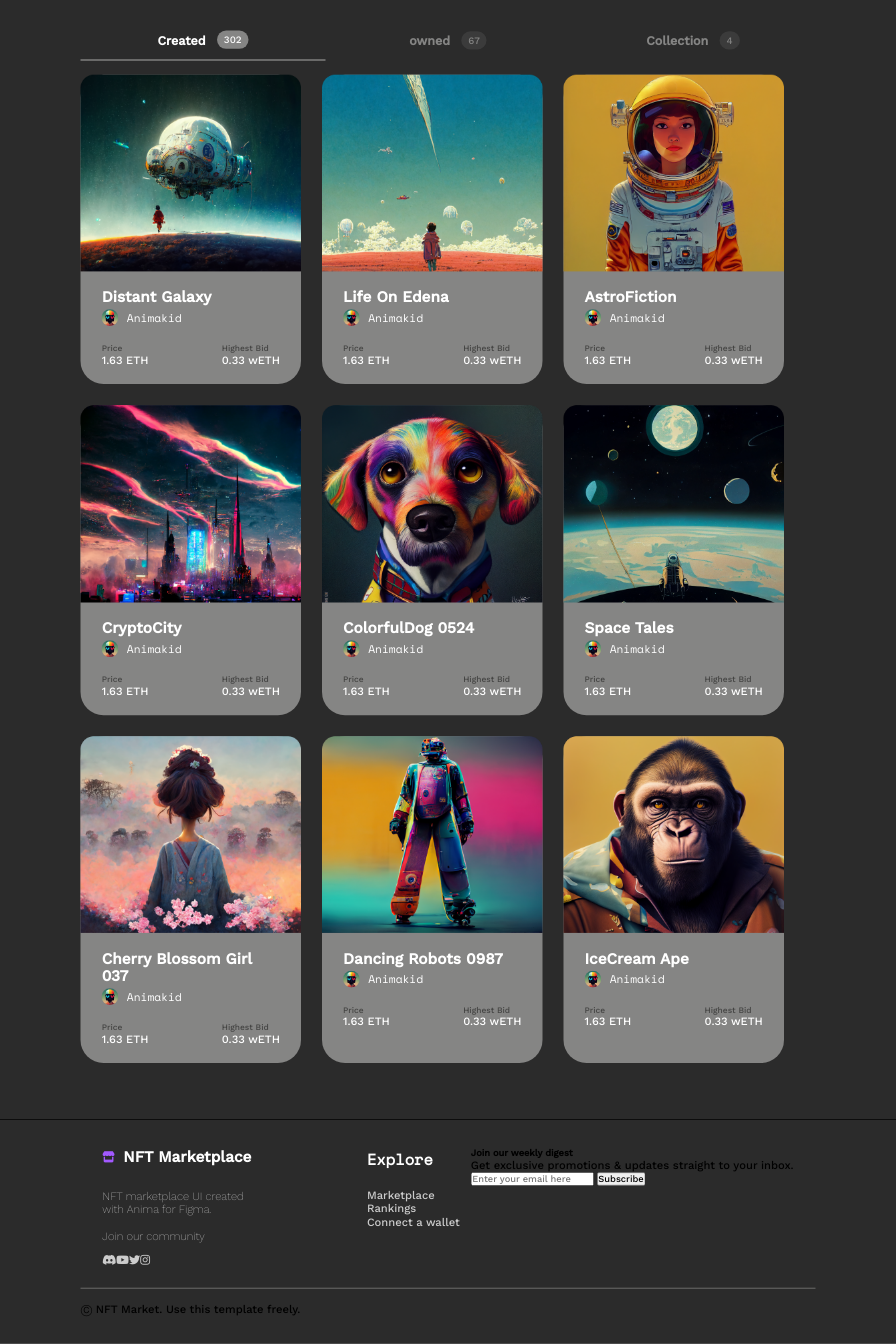
Repository: levananh202ht/NFT_Marketplace
Page: index.html
The author's editor kept a copy of each file at every save. The page is drawn from the files as they stood at one save, then again after the next save.
The browser window is 1280 px wide. The pictures show the part of the page from y = 844 to 2764 px (the page is 2764 px tall), at 70% of full size.

Above is the page before, as saved 2023-12-11 01:47:03.

After the next save:
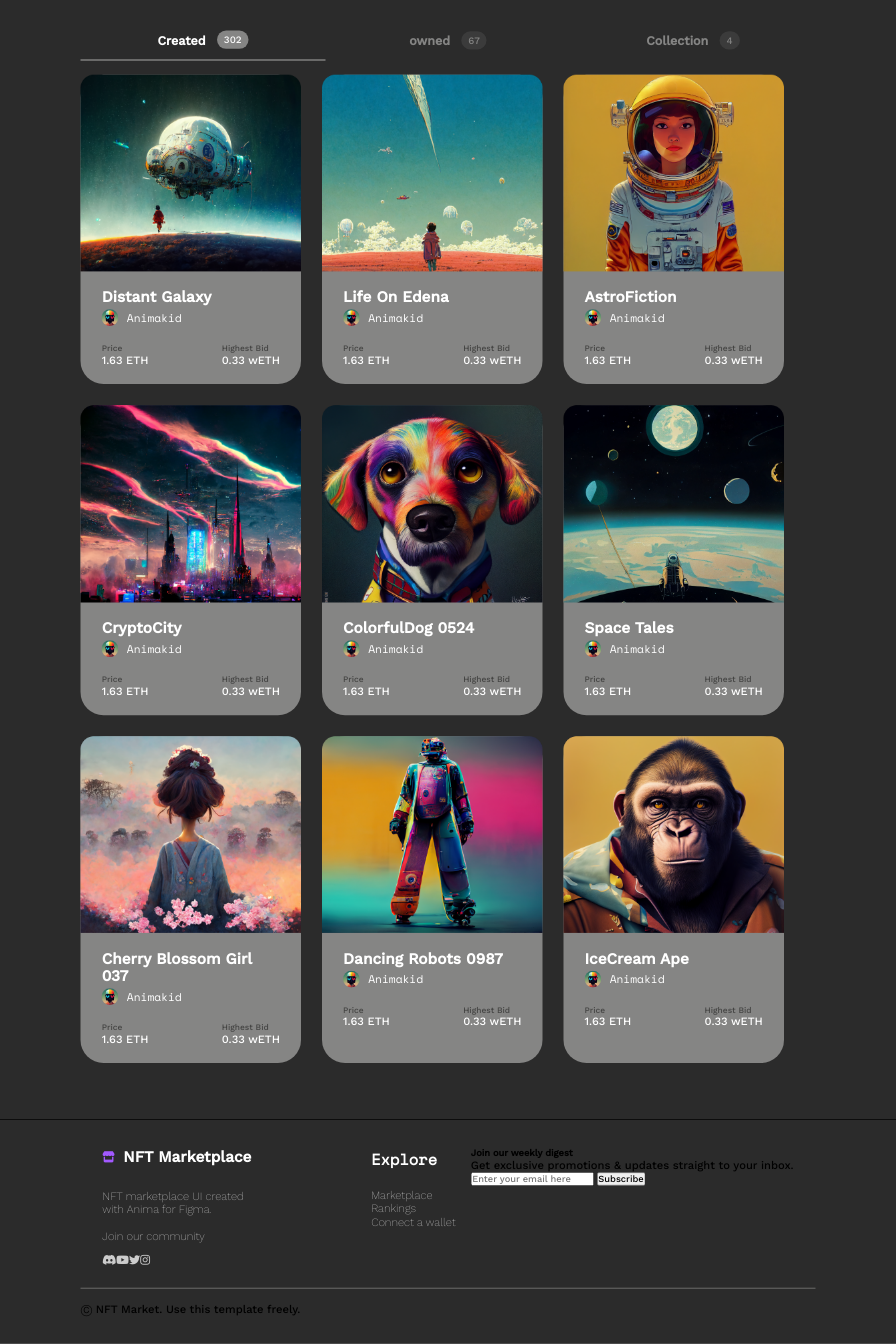
Saved 7 s later.
--- a/index.css
+++ b/index.css
@@ -310,5 +310,5 @@
     font-family: Work Sans;
     font-size: 16px;
     font-style: normal;
-    font-weight: 400;
-}
+    font-weight: 200;
+}
